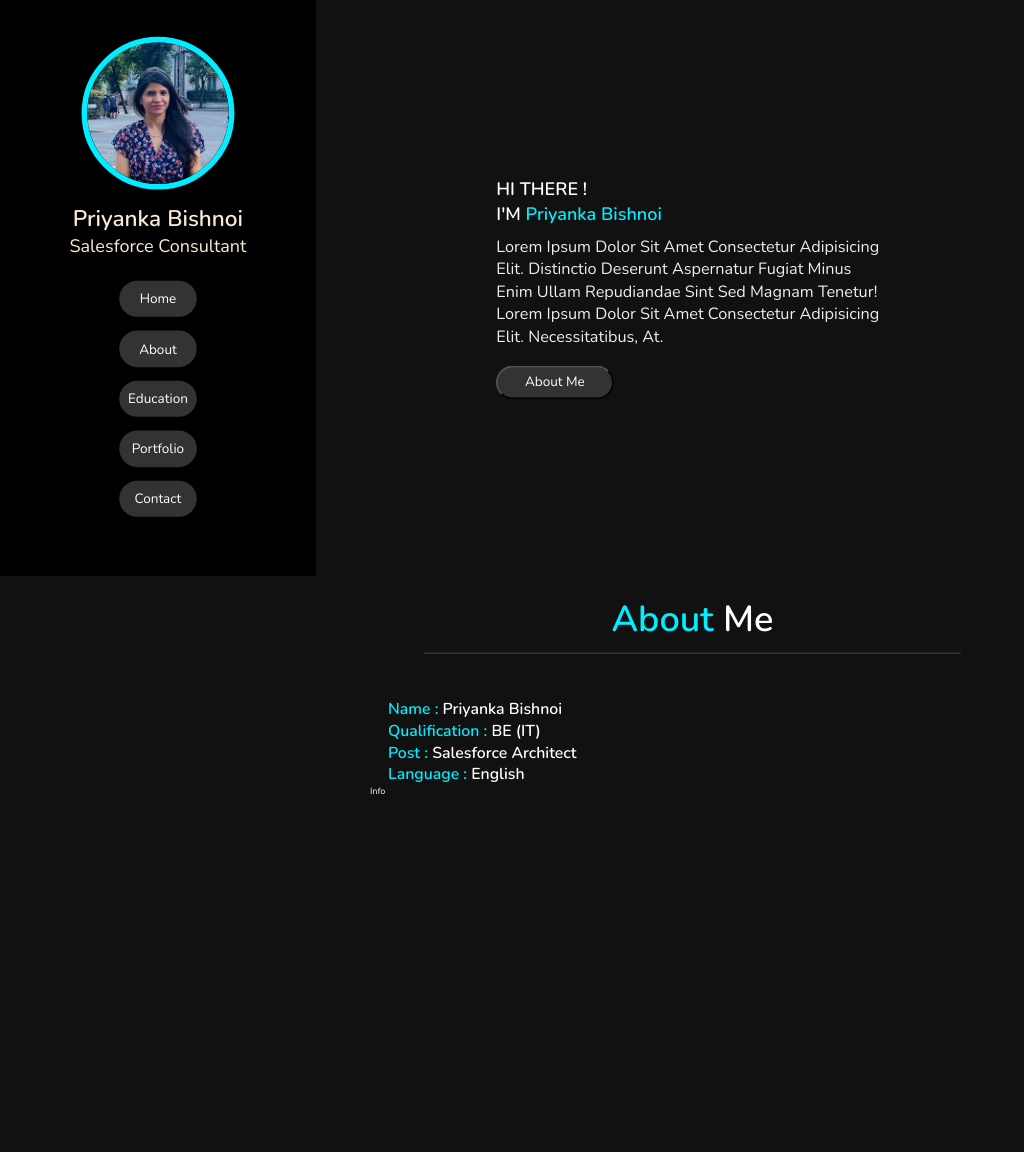
Repository: priyanka-bishnoi/PortfolioPage
Page: MyPage.html
An editor plug-in stored every save of this project. The page is shown before and after the next save, followed by the edit.
The browser window is 1280 px wide. The pictures show the whole page, at 80% of full size.

Above is the page before, as saved 2022-10-08 17:26:37.

### MyPage.html
<!DOCTYPE html>
<html>
<head>
    <link rel="stylesheet" href="css/style.css">

</head>
<body>
<header>
    <div class= "user">
        <img src="Background1.jpg"/>
        <h1 class="name" >Priyanka Bishnoi</h1>
        <p class="post" >Salesforce Consultant</p>
    </div>

    <nav class="navBar">
        <ul>
            <li> <a href="#home">Home</a></li>
            <li> <a href="#about">About</a></li>
            <li> <a href="#education">Education</a></li>
            <li> <a href="#portfolio">Portfolio</a></li>
            <li> <a href="#contact">Contact</a></li>

        </ul>


    </nav>


</header>

<!-- Home-->

<section class="home" id="home">

    <h3>HI THERE !</h3>
    <h1>I'M <span>Priyanka Bishnoi</span></h1>
    <p>Lorem ipsum dolor sit amet consectetur adipisicing elit. Distinctio deserunt aspernatur fugiat minus enim ullam repudiandae sint sed magnam tenetur! Lorem ipsum dolor sit amet consectetur adipisicing elit. Necessitatibus, at.
    </p>
    <a href="#about"><button class="btn">about me </button></a>


</section>

<section class="about" id="about">
<h1 class="heading"> <span>About </span>Me</h1>

<div class="row">
    <div class="info">
        <h3> <span> name : </span> priyanka bishnoi </h3>
        <h3> <span> qualification : </span> BE (IT) </h3>
        <h3> <span> post : </span> Salesforce Architect </h3>
        <h3> <span> language : </span> English </h3>
    </div>
</div>
 <p> Info </p>


</section>

</body>
</html>

### css/style.css
@import url('https://fonts.googleapis.com/css2?family=Nunito:wght@200;300;400;600&display=swap');
:root{
    --orange:rgb(0, 238, 255);
}
*{
    font-family: 'Nunito', sans-serif;
    margin:0;
    padding:0;
    box-sizing:border-box;
    text-decoration:none;
    text-transform:capitalize;
    transition:all .2s linear;
}
html {
    font-size:70.5%;
    overflow-x:hidden;
}
body{
    background:#111;
    overflow-x: hidden;
    padding-left: 40rem;
}

section{
    min-height: 100vh;
    padding:1rem;
}

.btn{
    padding:.7rem 3rem;
    background:#333;
    color:#fff;
    cursor: pointer;
    margin-top: 1rem;
    font-size: 1.5rem;
    border-radius: 5rem;
}

.btn:hover{
    background:var(--orange);
}

.heading{
    text-align: center;
    margin:0 6rem;
    font-size: 4rem;
    padding:1rem;
    border-bottom: .1rem solid #fff4;
    color:#fff;
}

.heading span{
    color:var(--orange);
}

header {
    position:fixed;
    top:0; left:0;
    z-index:1000;
    height:100%;
    width:35rem;
    background:black;
    display:flex;
    align-items: center;
    justify-content: center;
    flex-flow: column;
    text-align: center;
}

header .user img {
    height: 17rem;
    width: 17rem;
    border-radius: 50%;
    object-fit: cover;
    margin-bottom: 1rem;
    border: 0.7rem solid var(--orange);
}
header .user .name {
    font-size: 2.5rem;
    color: antiquewhite;
}
header .user .post{
    font-size: 2rem;
    color: antiquewhite;
}

header .navBar {
    font-size : 2rem;
}
header .navBar ul{
    list-style: none;
    padding:1rem 2rem;
}
header .navBar ul li a{
    display: block;
    padding:1rem;
    margin:1.5rem 0;
    background:#333;
    color:#fff;
    font-size: 1.5rem;
    border-radius: 5rem;
}

header .navBar ul li a:hover{
    background:rgb(0, 238, 255);
}


.home{
    display: flex;
    justify-content: center;
    flex-flow: column;
    padding:0 15rem;
}

.home h3{
    font-size: 2rem;
    color:#fff;
}

.home h1{
    font-size:2rem;
    color:#fff;
}

.home h1 span{
    color:var(--orange);
}

.home p{
    font-size:1.8rem;
    color:#eee;
    padding: 1rem 0;
}

.about {
 color:white;
}
.about .row .info {

    display: block;
    justify-content: center;
    padding-left: 1rem;
    padding-top: 5rem;
    padding-right: 1rem;
    margin: 0 1rem;
    font-size: 1.5rem;

}
.about h3 span{
    color:var(--orange);
}

After the next save:
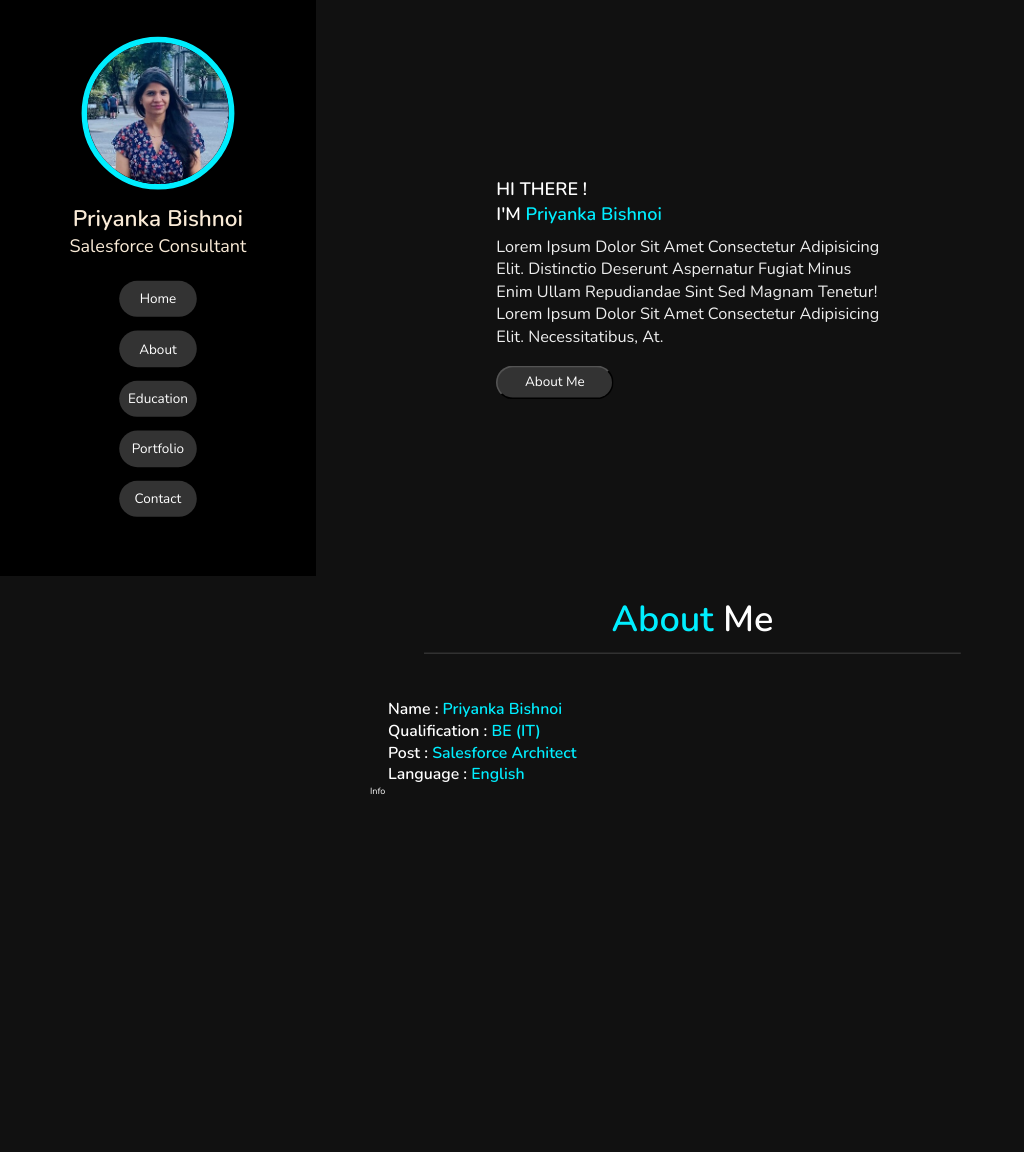
Saved 100 s later.
--- a/MyPage.html
+++ b/MyPage.html
@@ -46,10 +46,10 @@
 
 <div class="row">
     <div class="info">
-        <h3> <span> name : </span> priyanka bishnoi </h3>
-        <h3> <span> qualification : </span> BE (IT) </h3>
-        <h3> <span> post : </span> Salesforce Architect </h3>
-        <h3> <span> language : </span> English </h3>
+        <h3>  name : <span> priyanka bishnoi </span></h3>
+        <h3> qualification :  <span> BE (IT) </span> </h3>
+        <h3>  post : <span>Salesforce Architect </span>  </h3>
+        <h3> language :<span> English  </span>  </h3>
     </div>
 </div>
  <p> Info </p>
